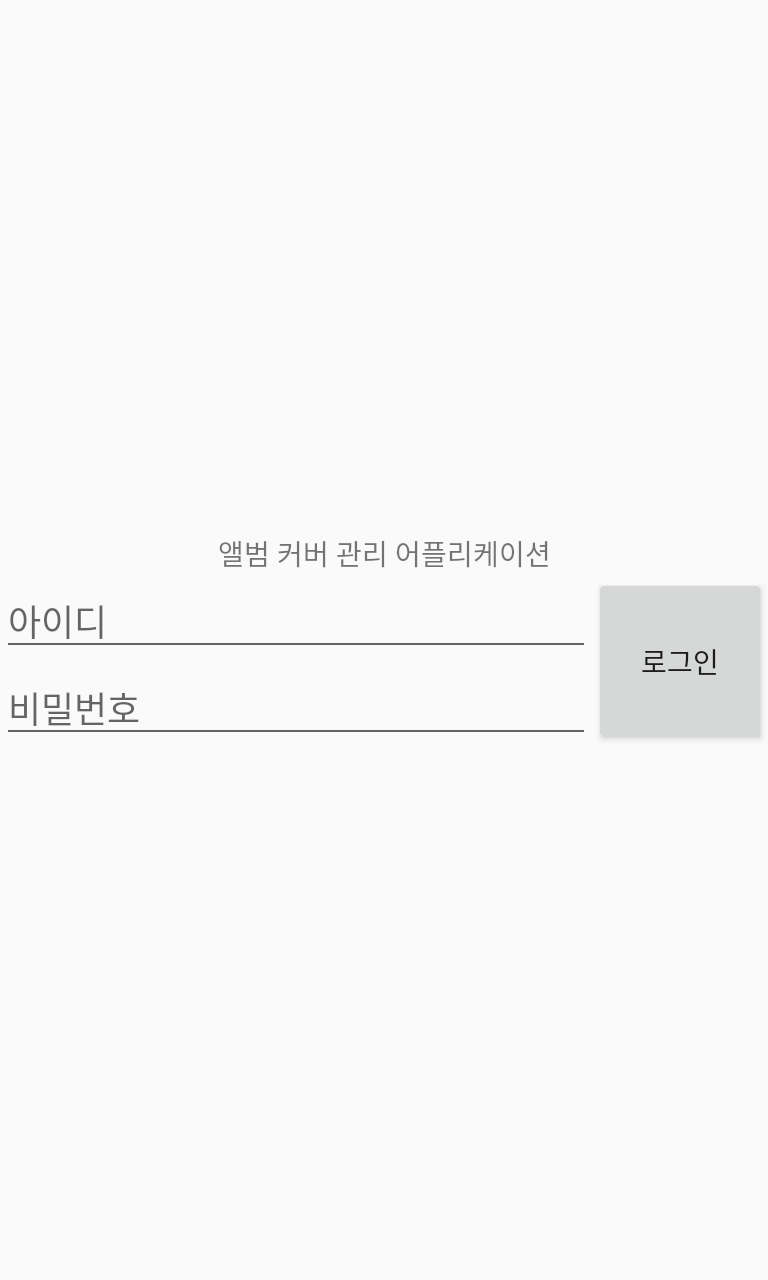
Repository: tae-jun/android
Layout: h1024_MulitipleActivities/res/layout/activity_main.xml
These files come from the project's save history. The layout is drawn as it stood at one moment and after the next save; the edit follows.
It is drawn on a 768 x 1280 px phone screen (xhdpi) without system bars, with theme AppTheme; the app's code is not run.

Above is the layout before, as saved 2014-10-23 14:46:10.

### h1024_MulitipleActivities/res/layout/activity_main.xml
<LinearLayout xmlns:android="http://schemas.android.com/apk/res/android"
    xmlns:tools="http://schemas.android.com/tools"
    android:layout_width="match_parent"
    android:layout_height="match_parent"
    android:gravity="center"
    android:orientation="vertical"
    tools:context="${relativePackage}.${activityClass}" >

    <TextView
        android:layout_width="match_parent"
        android:layout_height="wrap_content"
        android:gravity="center_horizontal"
        android:text="앨범 커버 관리 어플리케이션" />

    <LinearLayout
        android:layout_width="match_parent"
        android:layout_height="wrap_content"
        android:gravity="center_horizontal"
        android:orientation="horizontal" >

        <LinearLayout
            android:layout_width="0dp"
            android:layout_height="wrap_content"
            android:layout_weight="1"
            android:orientation="vertical" >

            <EditText
                android:layout_width="match_parent"
                android:layout_height="wrap_content"
                android:hint="아이디" />

            <EditText
                android:layout_width="match_parent"
                android:layout_height="wrap_content"
                android:hint="비밀번호" />
        </LinearLayout>

        <Button
            android:id="@+id/btnLogin"
            android:layout_width="wrap_content"
            android:layout_height="match_parent"
            android:text="로그인" />
    </LinearLayout>

</LinearLayout>

Loaded but not shown: h1024_MulitipleActivities/res/values/styles.xml (common file); h1024_MulitipleActivities/res/values-v11/styles.xml (common file); h1024_MulitipleActivities/res/values-v14/styles.xml (common file)

After the next save:
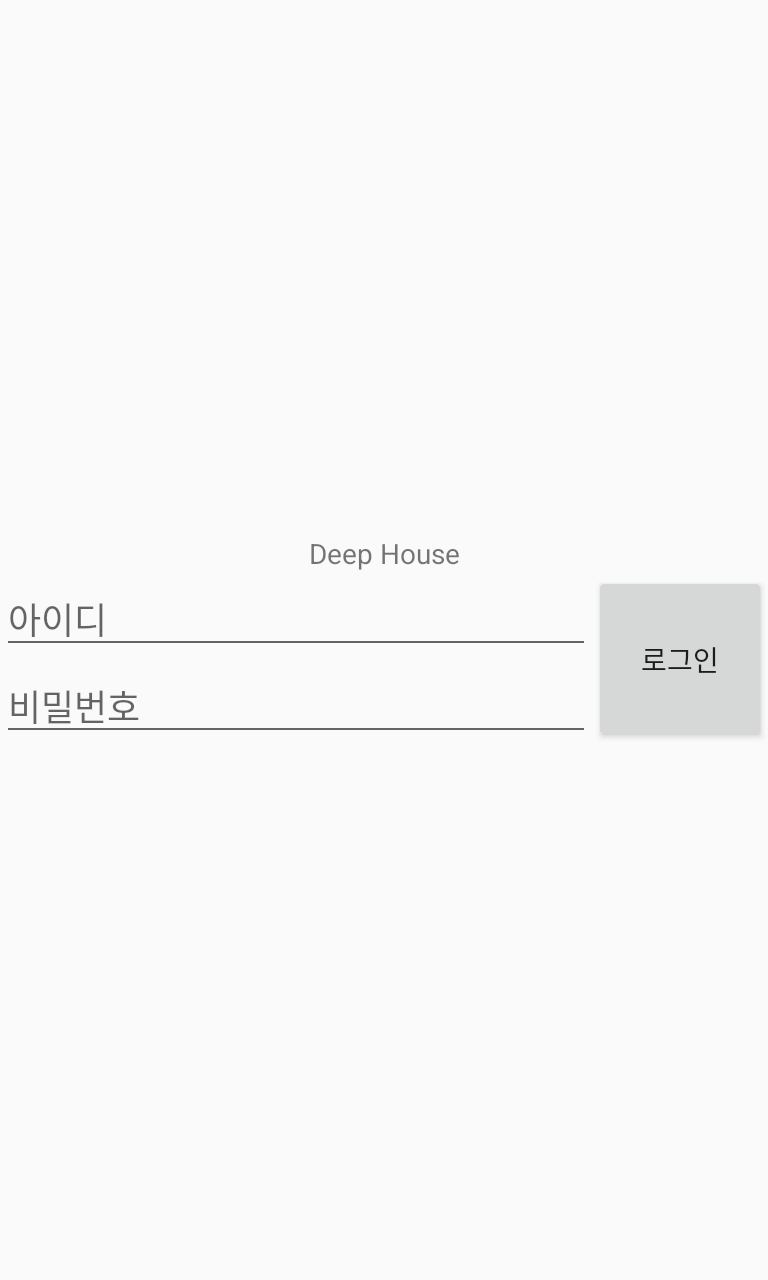
Saved 2 min 32 s later.
--- a/h1024_MulitipleActivities/res/layout/activity_main.xml
+++ b/h1024_MulitipleActivities/res/layout/activity_main.xml
@@ -10,7 +10,7 @@
         android:layout_width="match_parent"
         android:layout_height="wrap_content"
         android:gravity="center_horizontal"
-        android:text="앨범 커버 관리 어플리케이션" />
+        android:text="Deep House" />
 
     <LinearLayout
         android:layout_width="match_parent"
